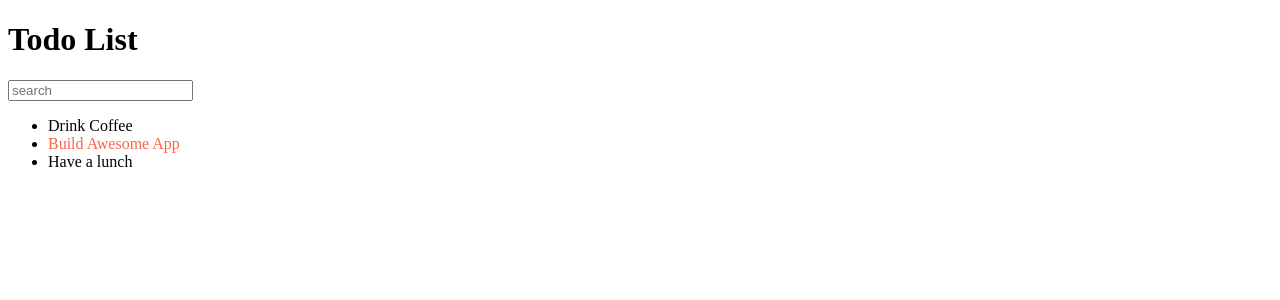
Repository: max535/react-todo-list
Page: /
These files come from the project's save history. The page is drawn as it stood at one moment and after the next save; the edit follows.
The browser window is 1280 px wide. The pictures show the whole page.
The project was rebuilt for these pictures with package versions that can differ from the ones it lists, and the page was loaded fresh each time.

Above is the page before, as saved 2022-01-15 22:57:02.

### public/index.html
<!DOCTYPE html>
<html>
  <head>
    <meta charset="utf-8" />
    <meta
      name="viewport"
      content="width=device-width, initial-scale=1" />
    <title>Todo App</title>
  </head>
  <body>
      <div id="root"></div>
  </body>
</html>

### src/index.js
import React from 'react';
import ReactDOM from 'react-dom';

import { AppHeader } from './components/AppHeader';
import { SearchPanel } from './components/SearchPanel';
import { TodoList } from './components/TodoList';

const App = () => {

    const todoData = [
        {label: 'Drink Coffee', important: false, id: 1},
        {label: 'Build Awesome App', important: true, id: 2},
        {label: 'Have a lunch', impportant: false, id: 3},
    ];

    return (
        <div>
            <AppHeader />
            <SearchPanel />
            <TodoList todos={todoData} />
        </div>
    );
}

ReactDOM.render(
    <App />,
    document.getElementById('root')
);

### src/components/AppHeader.jsx
import React from 'react';

export const AppHeader = () => {
    return <h1>Todo List</h1>;
};

### src/components/SearchPanel.jsx
import React from 'react';

export const SearchPanel = () => {
    return <input placeholder="search" />;
}

### src/components/TodoList.jsx
import React from 'react';

import { TodoListItem } from './TodoListItem';

export const TodoList = ({todos}) => {

    const elements = todos.map((item) => {

        const {id, ...itemProps} = item;

        return (
            <li key={id}>
                <TodoListItem {...itemProps} />
            </li>
        );
    });

    return (
        <ul>
            {elements}
        </ul>
    );
};

### src/components/TodoListItem.jsx
import React from 'react';

export const TodoListItem = ({label, important = false}) => {

    const style = {
        color: important ? 'tomato' : 'black'
    };

    return <span style={style}>{label}</span>;
};

After the next save:
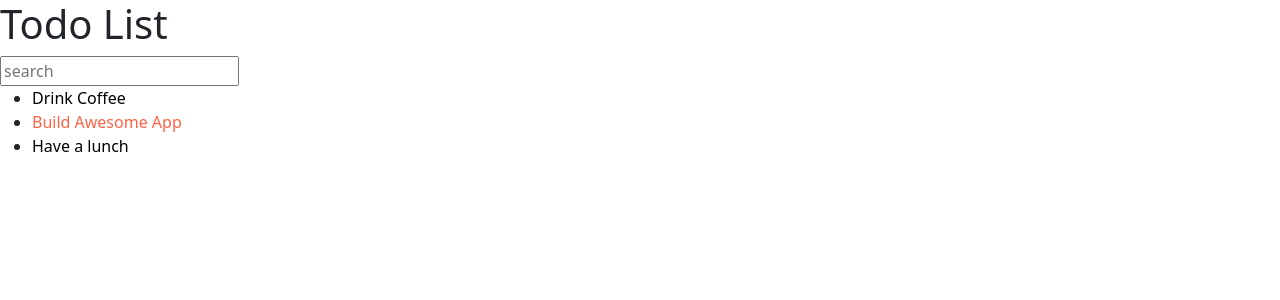
Saved 3 min 39 s later.
--- a/public/index.html
+++ b/public/index.html
@@ -3,8 +3,9 @@
   <head>
     <meta charset="utf-8" />
     <meta
-      name="viewport"
-      content="width=device-width, initial-scale=1" />
+        name="viewport"
+        content="width=device-width, initial-scale=1" />
+    <link rel="stylesheet" href="https://cdn.jsdelivr.net/npm/bootstrap@5.1.3/dist/css/bootstrap.min.css">
     <title>Todo App</title>
   </head>
   <body>
